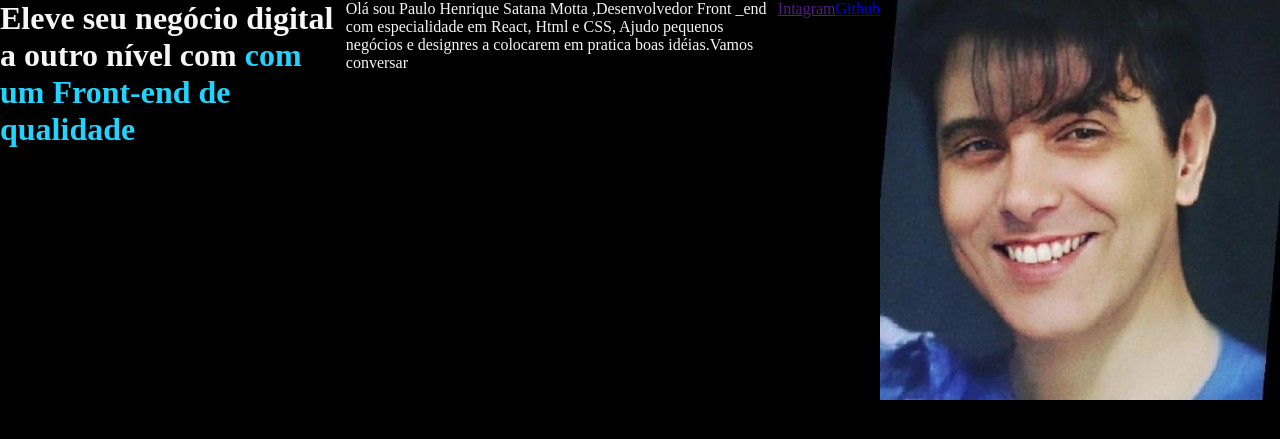
Repository: phsmottanerd/projeto-portfolio-alura
Page: index.html
These files come from the project's save history. The page is drawn as it stood at one moment and after the next save; the edit follows.
The browser window is 1280 px wide. The pictures show the whole page.

Above is the page before, as saved 2025-01-21 20:29:44.

### index.html
<!DOCTYPE html>
<html lang="pt-br">
<head>
    <meta charset="UTF-8">
    <meta name="viewport" content="width=device-width, initial-scale=1.0">
    <link rel="stylesheet" href="./style.css">
    <title>Portfólio</title>
</head>
<body>
    <header></header>
    <main class="apresentacao">
        <h1> Eleve seu negócio digital a outro nível com <strong class="titulo-destaque">  com um Front-end de qualidade</strong></h1>
    <p>Olá sou Paulo Henrique Satana Motta ,Desenvolvedor Front _end
         com especialidade em React, Html e CSS, Ajudo pequenos negócios e designres a colocarem em pratica boas
         idéias.Vamos conversar
    </p>
<a href="">Intagram</a>
<a href="https://github.com/phsmottanerd?tab=repositories">Github</a>
<img src="./img/1722867171561.jpg" alt="imgem-foto">
    </main>
    <footer></footer>
</body>
</html>

### style.css
*{
    margin:0;
    padding: 0;
      box-sizing: border-box;


}
body{
    height:100vh;
    background-color:black;
    color:#f6f6f6;
}

   .titulo-destaque{
    color:#22D4FD;
}
.apresentacao{
display:flex;
alig-items:center;
}

After the next save:
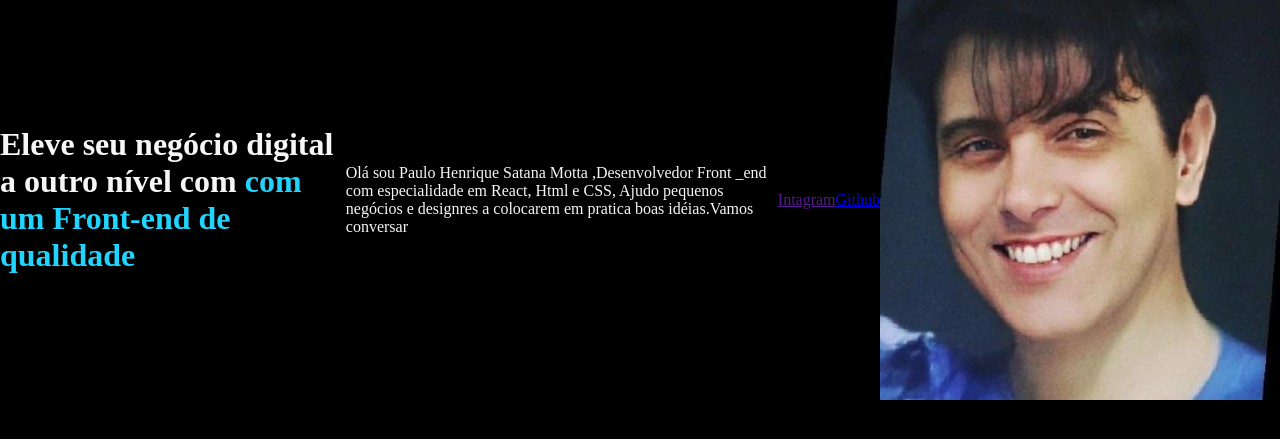
Saved 13 s later.
--- a/style.css
+++ b/style.css
@@ -16,5 +16,5 @@ body{
 }
 .apresentacao{
 display:flex;
-alig-items:center;
+align-items:center;
 }
